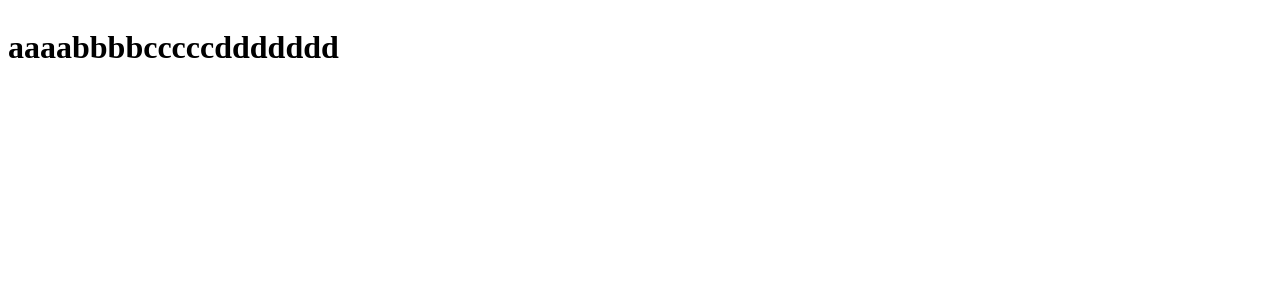
Repository: Ossan-gon/samurai_HTML-CSS
Page: liexbox.html
The author's editor kept a record of every edit. The page is drawn from the files as they stood at one moment, then again after the next edit.
The browser window is 1280 px wide. The pictures show the whole page.

Above is the page before.

After the next edit:
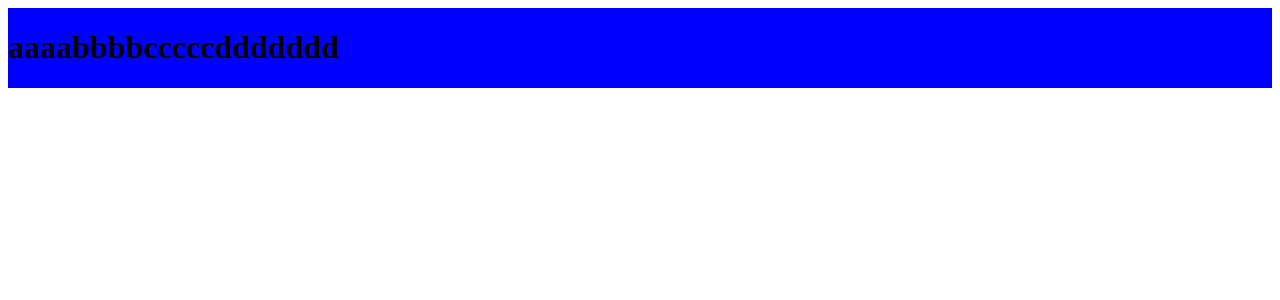
The edit:
--- a/liexbox.html
+++ b/liexbox.html
@@ -4,6 +4,8 @@
     <style>
         #parent {
             display: flex;
+            align-content: center;
+            background-color: blue;
         }
     </style>
     <meta charset="UTF-8">
